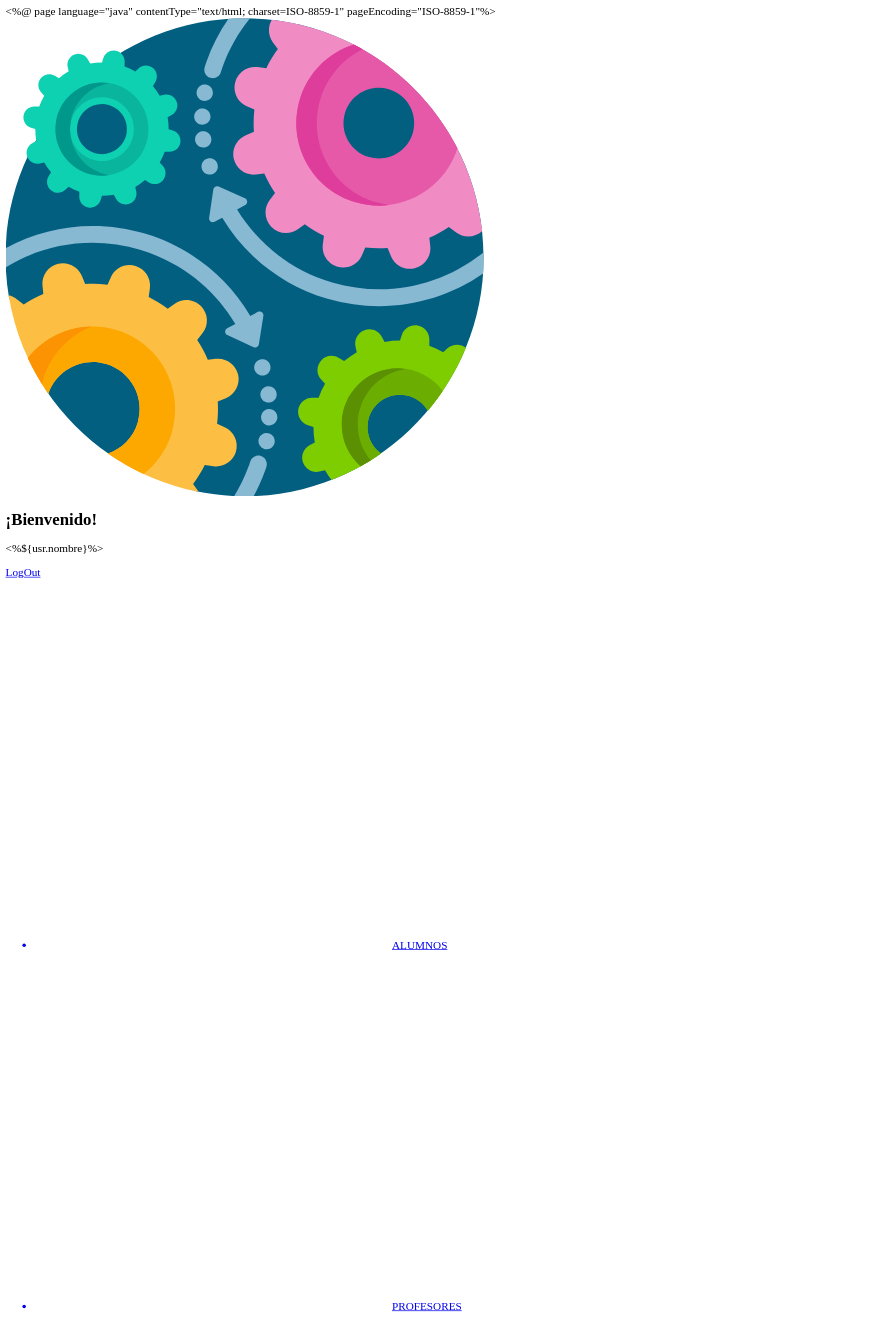
Repository: AlejandraBarrachina23/TPIntegrador_Barrachina_Java
Page: Alejandra_Barrachina_TP_Integrador1/WebContent/menu-administrador.html
An editor plug-in stored every save of this project. The page is shown before and after the next save, followed by the edit.
The browser window is 1280 px wide. The pictures show the part of the page from y = 0 to 1920 px (the page is 2923 px tall before and 2905 px after), at 70% of full size.
Some web fonts or font styles are not loaded; a fallback is used.

Above is the page before, as saved 2019-12-04 17:41:10.

After the next save:
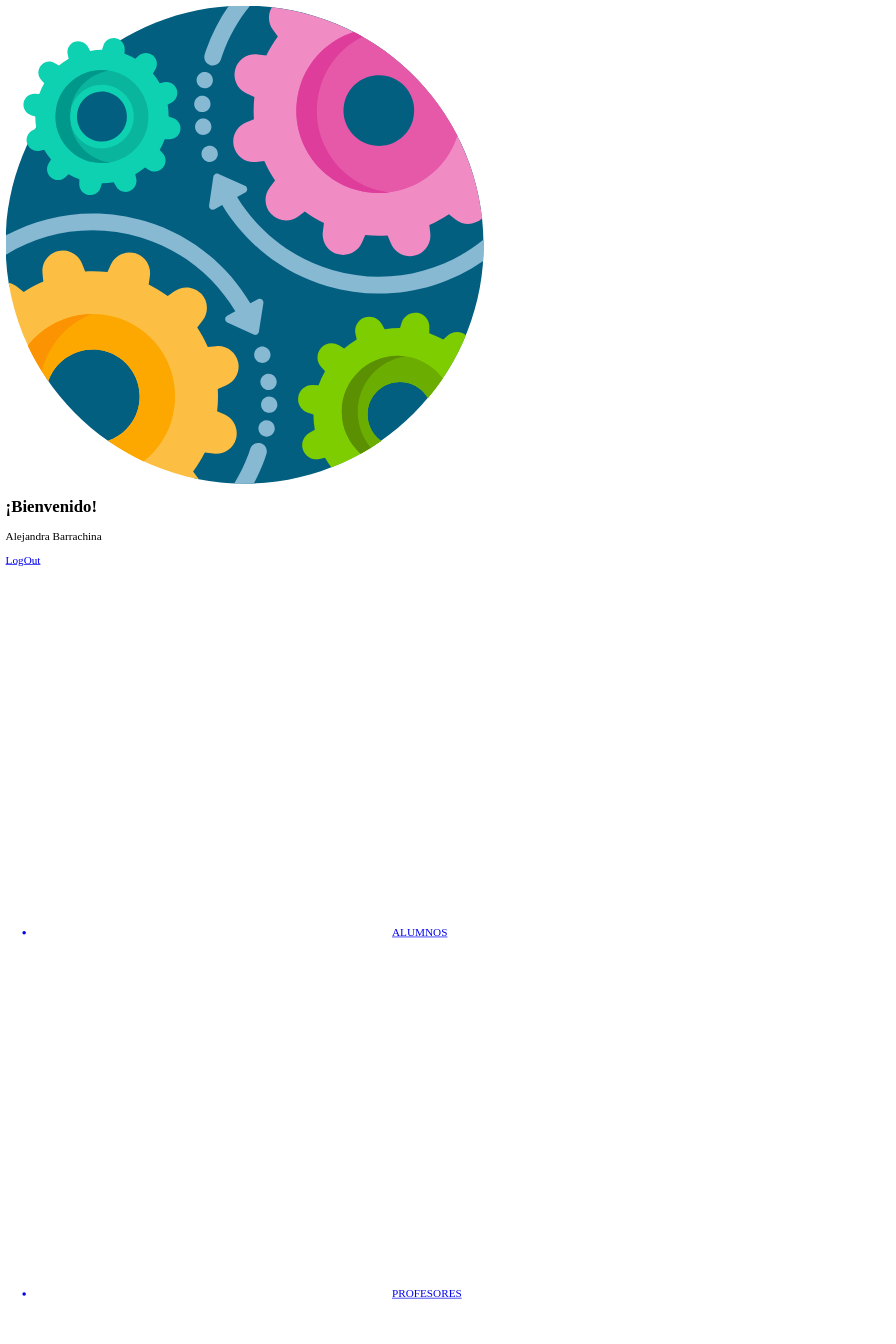
Saved 2 min 1 s later.
--- a/Alejandra_Barrachina_TP_Integrador1/WebContent/menu-administrador.html
+++ b/Alejandra_Barrachina_TP_Integrador1/WebContent/menu-administrador.html
@@ -1,15 +1,14 @@
-<%@ page language="java" contentType="text/html; charset=ISO-8859-1"
-    pageEncoding="ISO-8859-1"%>
+
+
+<style>
+@import url('https://fonts.googleapis.com/css?family=Francois+One&display=swap');
+</style>
 
 <nav>
 	<div id="user">
 		<a href="index.jsp"><img id="icon-usuario" src="iconos/usuario-admin.svg" alt="imagen-usuario"></a>
 		<h2>¡Bienvenido!</h2>
-		<p>
-
-		<%${usr.nombre}%>
-
-		</p>
+		<p>Alejandra Barrachina</p>
 		<a href="login.jsp">LogOut</a>
 	</div>
 	<ul>
